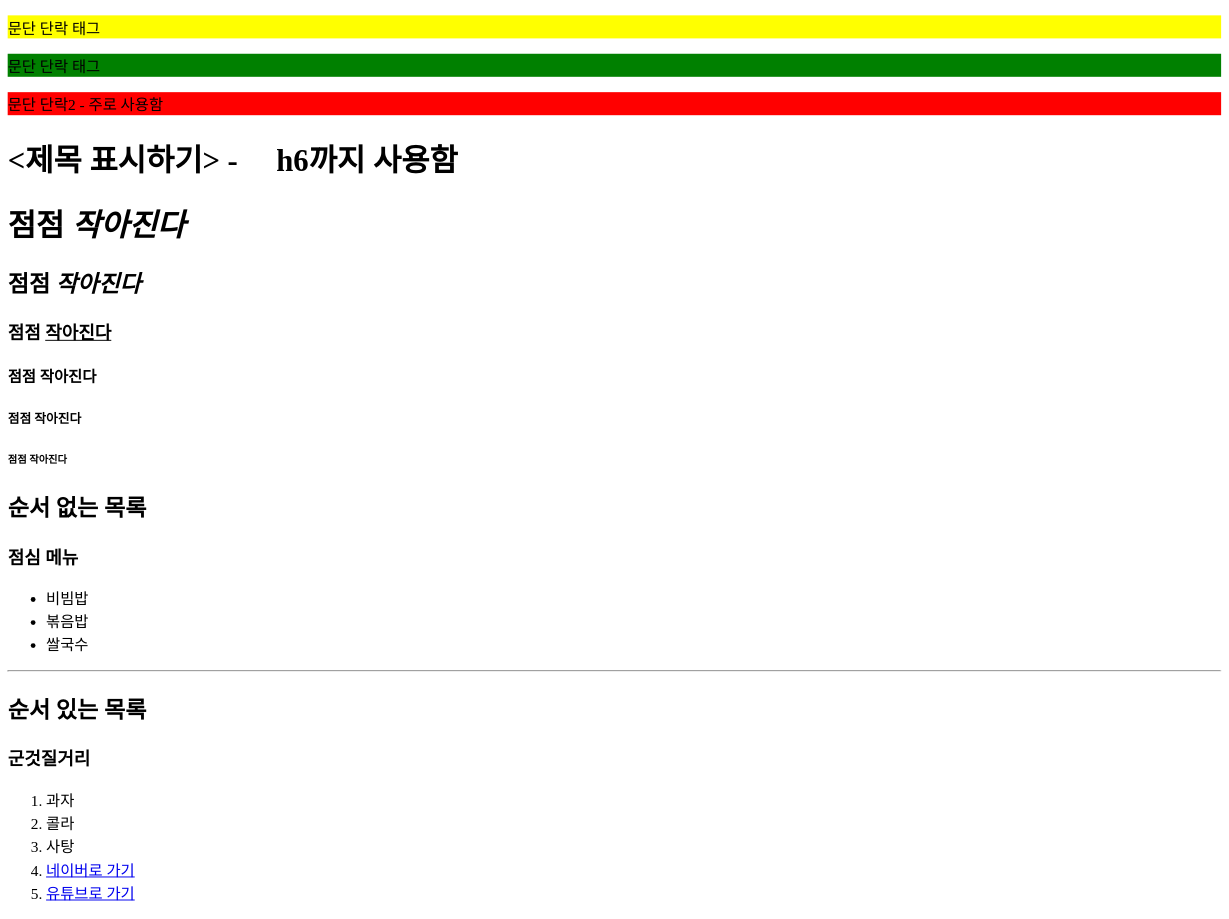
Repository: hsaar/jsworkplace
Page: http://localhost/testjsp/html/test01.jsp
The author's editor kept a copy of each file at every save. The page is drawn from the files as they stood at one save, then again after the next save.
The browser window is 1280 px wide. The pictures show the whole page, at 96% of full size.
The page is served by Tomcat 9.

Above is the page before, as saved 2025-08-19 03:20:13.

### testjsp/src/main/webapp/html/test01.jsp
<%@ page language="java" contentType="text/html; charset=UTF-8"
    pageEncoding="UTF-8"%>
<!DOCTYPE html>
<html>
<head>
<meta charset="UTF-8">
<title>NAVAR</title>
</head>
<body>
	<p style="background:yellow">문단 단락 태그</p>
	<p style="background:green">문단 단락 태그</p>
	<div style="background:red">문단 단락2 - 주로 사용함</div>
	<div>
		<h1>&lt;제목 표시하기&gt; - &nbsp;&nbsp;&nbsp;&nbsp;h6까지 사용함</h1>
	</div>
	<div>
		<h1>점점 <i>작아진다</i></h1>
		<h2>점점 <em>작아진다</em></h2>
		<h3>점점 <ins>작아진다</ins></h3>
		<h4>점점 작아진다</h4>
		<h5>점점 작아진다</h5>
		<h6>점점 작아진다</h6>
	</div>
	<div>
		<h2>순서 없는 목록</h2>
		<h3>점심 메뉴</h3>
		<ul>
			<li>비빔밥</li>
			<li>볶음밥</li>
			<li>쌀국수</li>
		</ul>
		<hr>
		<h2>순서 있는 목록</h2>
		<h3>군것질거리</h3>
		<ol>
			<li>과자</li>
			<li>콜라</li>
			<li>사탕</li>
			<li><a href="http://naver.com" target="_blank">네이버로 가기</a></li>
			<li><a href="http://youtube.com" target="_blank">유튜브로 가기</a></li>
		</ol>
	</div>
	<div>

	</div>

</body>
</html>

After the next save:
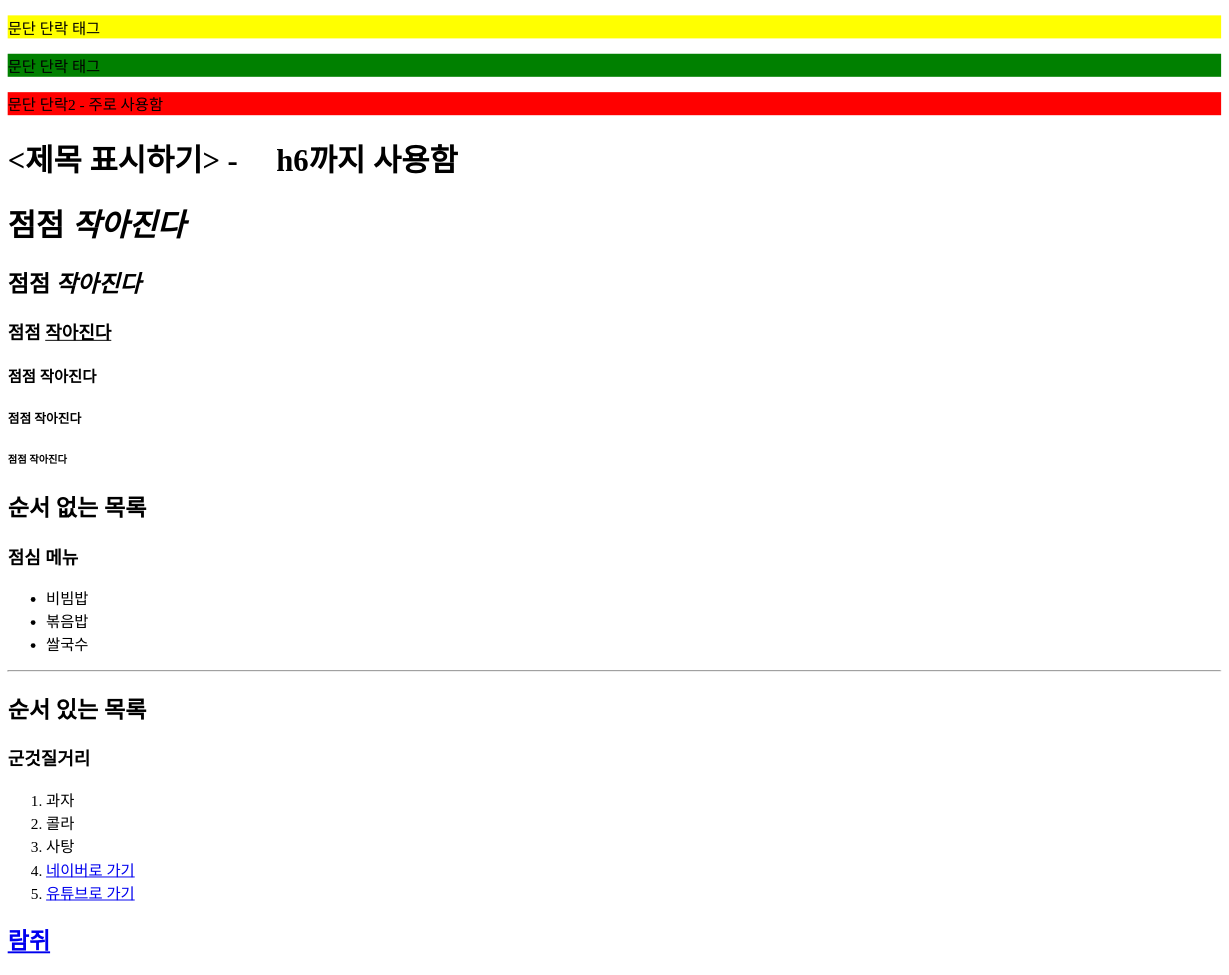
Saved 18 min 38 s later.
--- a/testjsp/src/main/webapp/html/test01.jsp
+++ b/testjsp/src/main/webapp/html/test01.jsp
@@ -41,6 +41,7 @@
 		</ol>
 	</div>
 	<div>
+		<h2><a href = "C:\class\jsworkplace\testjsp\src\main\webapp\image">람쥐</a></h2>
 
 	</div>
 
